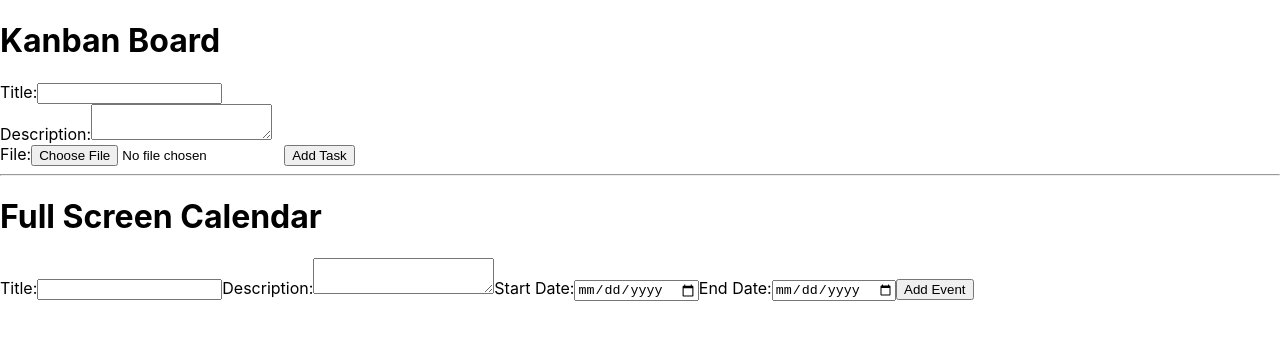
Repository: iDev07/test-app-bank
Page: / (app in test-bank-app/)
An editor plug-in stored every save of this project. The page is shown before and after the next save, followed by the edit.
The browser window is 1280 px wide. The pictures show the whole page.
The project was rebuilt for these pictures with package versions that can differ from the ones it lists, and the page was loaded fresh each time. Requests to the local data server were answered from the project's data file. Also part of the build but not shown: test-bank-app/src/App.css.

Above is the page before, as saved 2023-04-15 20:59:57.

After the next save:
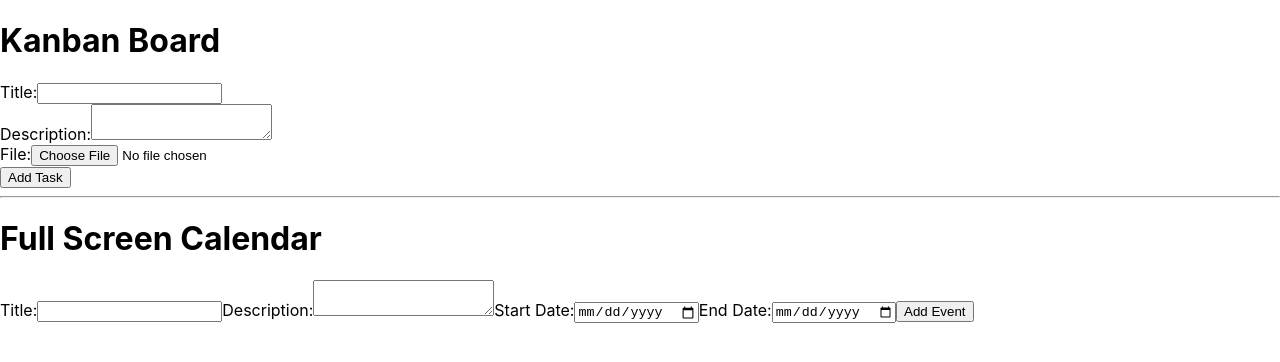
Saved 24 s later.
--- a/test-bank-app/src/App.js
+++ b/test-bank-app/src/App.js
@@ -78,18 +78,20 @@ const KanbanBoard = () => {
             />
           </label>
         </div>
-        <label>
-          File:
-          <input
-            type="file"
-            onChange={(event) =>
-              setNewTask({
-                ...newTask,
-                file: URL.createObjectURL(event.target.files[0]),
-              })
-            }
-          />
-        </label>
+        <div className="file">
+          <label>
+            File:
+            <input
+              type="file"
+              onChange={(event) =>
+                setNewTask({
+                  ...newTask,
+                  file: URL.createObjectURL(event.target.files[0]),
+                })
+              }
+            />
+          </label>
+        </div>
         <button type="submit">Add Task</button>
       </form>
       {tasks.map((task) => (
